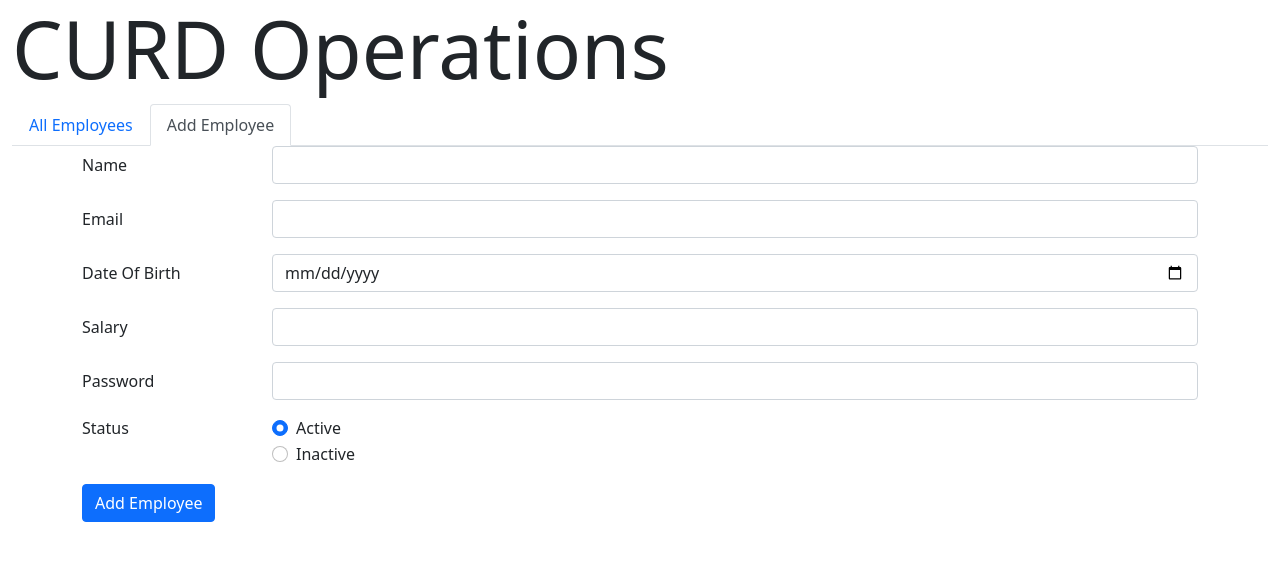
Repository: code8sam/SpringAndSpringBoot
Page: http://localhost/curdoperationsusingmvc/WEB-INF/views/insertEmployeeForm.jsp
These files come from the project's save history. The page is drawn as it stood at one moment and after the next save; the edit follows.
The browser window is 1280 px wide. The pictures show the whole page.
The page is served by Tomcat 9. Nobody is signed in. The template is opened directly, without the code that normally fills it, so the values that code supplies are empty.

Above is the page before, as saved 2022-04-08 12:07:53.

After the next save:
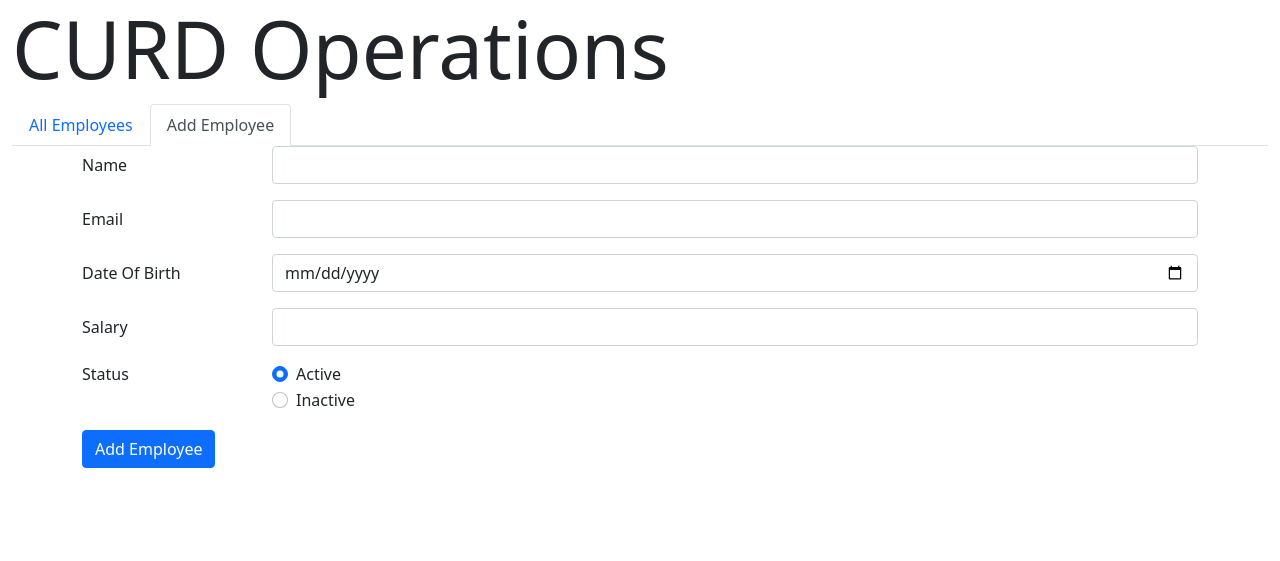
Saved 44 s later.
--- a/springs/HESE7/curdoperationsusingmvc/src/main/webapp/WEB-INF/views/insertEmployeeForm.jsp
+++ b/springs/HESE7/curdoperationsusingmvc/src/main/webapp/WEB-INF/views/insertEmployeeForm.jsp
@@ -52,12 +52,7 @@
 		      <input type="text" class="form-control" id="inputPassword3" name="salary">
 		    </div>
 		  </div>
-		  <div class="row mb-3">
-		    <label for="inputPassword3" class="col-sm-2 col-form-label">Password</label>
-		    <div class="col-sm-10">
-		      <input type="password" class="form-control" id="inputPassword3">
-		    </div>
-		  </div>
+
 		  <fieldset class="row mb-3">
 		    <legend class="col-form-label col-sm-2 pt-0">Status</legend>
 		    <div class="col-sm-10">
